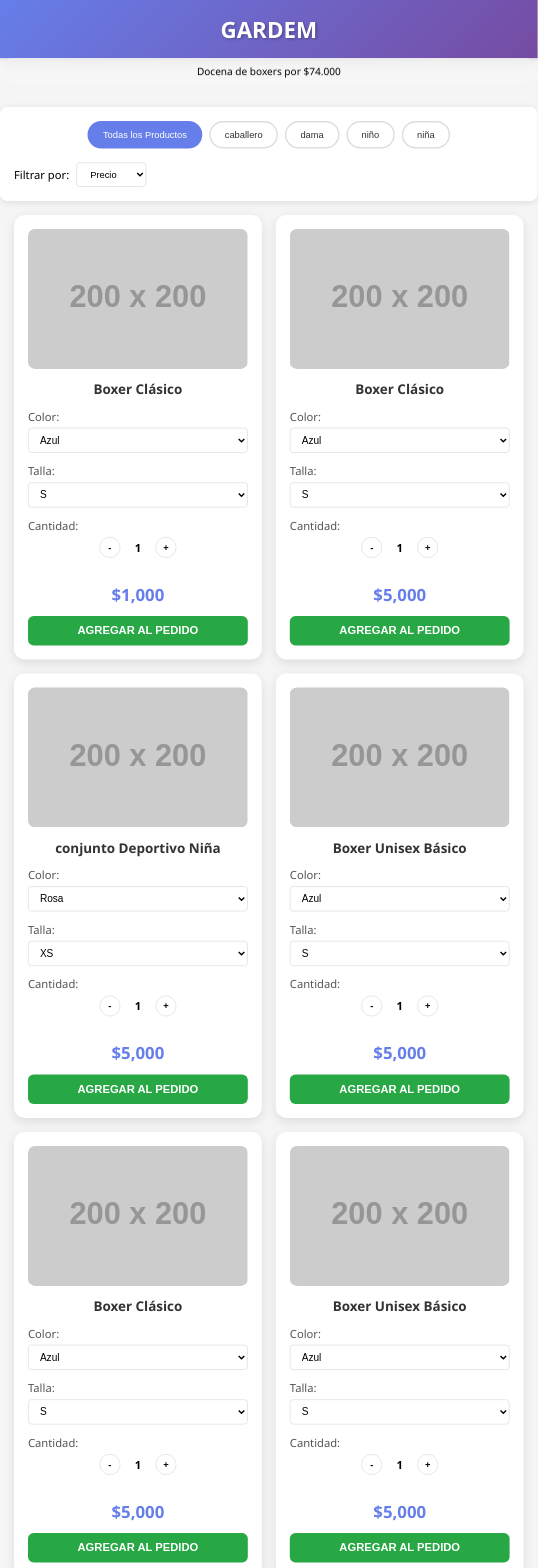
Repository: dasalgar123/gardem_react
Page: /
These files come from the project's save history. The page is drawn as it stood at one moment and after the next save; the edit follows.
The browser window is 768 px wide. The pictures show the part of the page from y = 0 to 2240 px (the page is 4267 px tall before and 4297 px after), at 70% of full size.
The project was rebuilt for these pictures with package versions that can differ from the ones it lists, and the page was loaded fresh each time.

Above is the page before, as saved 2025-08-02 17:10:05.

### src/App.js
import React, { useState, useEffect } from 'react';
import './App.css';

function App() {
  // Estado para el carrito de compras
  const [carrito, setCarrito] = useState([]);
  const [filtroCategoria, setFiltroCategoria] = useState('Todas los Productos');
  const [promocionActual, setPromocionActual] = useState(0);

  // Promociones para el carrusel
  const promociones = [
    "Envíos a todo el país!",
    "Envíos gratis a Cúcuta centro",
    "Docena de boxers por $74.000",
    "Aprovecha nuestras promociones!"
  ];

  // Carrusel automático de promociones
  useEffect(() => {
    const interval = setInterval(() => {
      setPromocionActual((prev) => (prev + 1) % promociones.length);
    }, 3000); // Cambia cada 3 segundos

    return () => clearInterval(interval);
  }, [promociones.length]);

  // Datos de productos de Gardem
  const productos = [
    {
      id: 1,
      nombre: "Boxer Clásico",
      precio: 1000,
      categoria: "caballero",
      imagen: "https://via.placeholder.com/200x200/0066cc/ffffff?text=Boxer+Azul",
      colores: ["Azul", "Rojo", "Verde", "Negro"],
      tallas: ["S", "M", "L", "XL"]
    },
    {
      id: 2,
      nombre: "Boxer Clásico",
      precio: 5000,
      categoria: "caballero",
      imagen: "https://via.placeholder.com/200x200/cc0000/ffffff?text=Boxer+Rojo",
      colores: ["Azul", "Rojo", "Verde", "Negro"],
      tallas: ["S", "M", "L", "XL"]
    },
    {
      id: 3,
      nombre: "conjunto Deportivo Niña",
      precio: 5000,
      categoria: "niña",
      imagen: "https://via.placeholder.com/200x200/ff99cc/ffffff?text=Conjunto+Niña",
      colores: ["Rosa", "Azul", "Verde"],
      tallas: ["XS", "S", "M", "L"]
    },
    {
      id: 4,
      nombre: "Boxer Unisex Básico",
      precio: 5000,
      categoria: "caballero",
      imagen: "https://via.placeholder.com/200x200/99cc00/ffffff?text=Boxer+Verde",
      colores: ["Azul", "Rojo", "Verde", "Negro"],
      tallas: ["S", "M", "L", "XL"]
    },
    {
      id: 5,
      nombre: "Boxer Clásico",
      precio: 5000,
      categoria: "caballero",
      imagen: "https://via.placeholder.com/200x200/00cc00/ffffff?text=Boxer+Verde",
      colores: ["Azul", "Rojo", "Verde", "Negro"],
      tallas: ["S", "M", "L", "XL"]
    },
    {
      id: 6,
      nombre: "Boxer Unisex Básico",
      precio: 5000,
      categoria: "caballero",
      imagen: "https://via.placeholder.com/200x200/00cccc/ffffff?text=Boxer+Teal",
      colores: ["Azul", "Rojo", "Verde", "Negro"],
      tallas: ["S", "M", "L", "XL"]
    },
    {
      id: 7,
      nombre: "Boxer Clásico niño",
      precio: 5000,
      categoria: "niño",
      imagen: "https://via.placeholder.com/200x200/6699ff/ffffff?text=Boxer+Niño",
      colores: ["Azul", "Rojo", "Verde", "Negro"],
      tallas: ["XS", "S", "M", "L"]
    },
    {
      id: 8,
      nombre: "Boxer Clásico caballero",
      precio: 5000,
      categoria: "caballero",
      imagen: "https://via.placeholder.com/200x200/003366/ffffff?text=Boxer+Azul+Oscuro",
      colores: ["Azul", "Rojo", "Verde", "Negro"],
      tallas: ["S", "M", "L", "XL"]
    },
    {
      id: 9,
      nombre: "top algodon",
      precio: 10000,
      categoria: "dama",
      imagen: "https://via.placeholder.com/200x200/ffcc99/ffffff?text=Top+Algodón",
      colores: ["Rosa", "Azul", "Verde", "Negro"],
      tallas: ["XS", "S", "M", "L", "XL"]
    },
    {
      id: 10,
      nombre: "top niña",
      precio: 10000,
      categoria: "niña",
      imagen: "https://via.placeholder.com/200x200/ff99cc/ffffff?text=Top+Niña",
      colores: ["Rosa", "Azul", "Verde", "Amarillo"],
      tallas: ["XS", "S", "M", "L"]
    },
    {
      id: 11,
      nombre: "pantalon",
      precio: 5000,
      categoria: "caballero",
      imagen: "https://via.placeholder.com/200x200/999999/ffffff?text=Pantalón",
      colores: ["Negro", "Azul", "Gris"],
      tallas: ["S", "M", "L", "XL"]
    }
  ];

  // Filtrar productos por categoría
  const productosFiltrados = filtroCategoria === 'Todas los Productos'
    ? productos
    : productos.filter(p => p.categoria === filtroCategoria);

  // Agregar producto al carrito
  const agregarAlCarrito = (producto, color, talla, cantidad) => {
    const item = {
      ...producto,
      color,
      talla,
      cantidad: parseInt(cantidad)
    };
    setCarrito([...carrito, item]);
  };

  // Calcular total del carrito
  const totalCarrito = carrito.reduce((total, item) => total + (item.precio * item.cantidad), 0);

  return (
    <div className="App">
      {/* Header */}
      <header className="header">
        <div className="header-content">
          <h1 className="logo">GARDEM</h1>
        </div>
      </header>

      {/* Carrusel de Promociones */}
      <div className="carrusel-container">
        <div className="carrusel-promociones">
          <p className="promocion-activa">{promociones[promocionActual]}</p>
        </div>
      </div>

      {/* Filtros */}
      <div className="filtros">
        <div className="filtro-categorias">
          <button
            className={filtroCategoria === 'Todas los Productos' ? 'activo' : ''}
            onClick={() => setFiltroCategoria('Todas los Productos')}
          >
            Todas los Productos
          </button>
          <button
            className={filtroCategoria === 'caballero' ? 'activo' : ''}
            onClick={() => setFiltroCategoria('caballero')}
          >
            caballero
          </button>
          <button
            className={filtroCategoria === 'dama' ? 'activo' : ''}
            onClick={() => setFiltroCategoria('dama')}
          >
            dama
          </button>
          <button
            className={filtroCategoria === 'niño' ? 'activo' : ''}
            onClick={() => setFiltroCategoria('niño')}
          >
            niño
          </button>
          <button
            className={filtroCategoria === 'niña' ? 'activo' : ''}
            onClick={() => setFiltroCategoria('niña')}
          >
            niña
          </button>
        </div>
        <div className="filtro-extra">
          <span>Filtrar por:</span>
          <select>
            <option>Precio</option>
            <option>Nombre</option>
          </select>
        </div>
      </div>

      {/* Grid de Productos */}
      <div className="productos-grid">
        {productosFiltrados.map((producto) => (
          <ProductoCard
            key={producto.id}
            producto={producto}
            onAgregar={agregarAlCarrito}
          />
        ))}
      </div>

      {/* Carrito */}
      {carrito.length > 0 && (
        <div className="carrito">
          <h3>Tu Pedido ({carrito.length} productos)</h3>
          <div className="carrito-items">
            {carrito.map((item, index) => (
              <div key={index} className="carrito-item">
                <img src={item.imagen} alt={item.nombre} />
                <div>
                  <h4>{item.nombre}</h4>
                  <p>Color: {item.color} | Talla: {item.talla}</p>
                  <p>Cantidad: {item.cantidad}</p>
                  <p>Precio: ${item.precio.toLocaleString()}</p>
                </div>
              </div>
            ))}
          </div>
          <div className="carrito-total">
            <h4>Total: ${totalCarrito.toLocaleString()}</h4>
            <button className="btn-whatsapp">
              Enviar Pedido por WhatsApp
            </button>
          </div>
        </div>
      )}
    </div>
  );
}

// Componente ProductoCard
function ProductoCard({ producto, onAgregar }) {
  const [color, setColor] = useState(producto.colores[0]);
  const [talla, setTalla] = useState(producto.tallas[0]);
  const [cantidad, setCantidad] = useState(1);

  const handleAgregar = () => {
    onAgregar(producto, color, talla, cantidad);
  };

  return (
    <div className="producto-card">
      <img src={producto.imagen} alt={producto.nombre} />
      <h3>{producto.nombre}</h3>

      <div className="producto-opciones">
        <div className="opcion">
          <label>Color:</label>
          <select value={color} onChange={(e) => setColor(e.target.value)}>
            {producto.colores.map(c => (
              <option key={c} value={c}>{c}</option>
            ))}
          </select>
        </div>

        <div className="opcion">
          <label>Talla:</label>
          <select value={talla} onChange={(e) => setTalla(e.target.value)}>
            {producto.tallas.map(t => (
              <option key={t} value={t}>{t}</option>
            ))}
          </select>
        </div>

        <div className="opcion">
          <label>Cantidad:</label>
          <div className="cantidad-control">
            <button onClick={() => setCantidad(Math.max(1, cantidad - 1))}>-</button>
            <span>{cantidad}</span>
            <button onClick={() => setCantidad(cantidad + 1)}>+</button>
          </div>
        </div>
      </div>

      <div className="producto-precio">
        <span className="precio">${producto.precio.toLocaleString()}</span>
      </div>

      <button className="btn-agregar" onClick={handleAgregar}>
        AGREGAR AL PEDIDO
      </button>
    </div>
  );
}

export default App;

### src/App.css
/* Estilos generales */
* {
  margin: 0;
  padding: 0;
  box-sizing: border-box;
}

body {
  font-family: 'Segoe UI', Tahoma, Geneva, Verdana, sans-serif;
  background-color: #f5f5f5;
}

.App {
  min-height: 100vh;
}

/* Header */
.header {
  background: linear-gradient(135deg, #667eea 0%, #764ba2 100%);
  color: white;
  padding: 20px 0;
  box-shadow: 0 2px 10px rgba(0,0,0,0.1);
}

.header-content {
  max-width: 1200px;
  margin: 0 auto;
  padding: 0 20px;
  display: flex;
  justify-content: space-between;
  align-items: center;
  flex-wrap: wrap;
}

.logo {
  font-size: 2.5rem;
  font-weight: bold;
  text-shadow: 2px 2px 4px rgba(0,0,0,0.3);
}

.promociones {
  text-align: right;
  min-height: 80px;
  display: flex;
  align-items: center;
}

.carrusel-promociones {
  position: relative;
  overflow: hidden;
  height: 60px;
}

.promocion-activa {
  margin: 0;
  font-size: 1rem;
  font-weight: 500;
  animation: fadeInOut 3s ease-in-out infinite;
  text-align: center;
  padding: 10px 20px;
  background: rgba(255,255,255,0.1);
  border-radius: 25px;
  backdrop-filter: blur(10px);
  border: 1px solid rgba(255,255,255,0.2);
}

@keyframes fadeInOut {
  0%, 100% {
    opacity: 0;
    transform: translateY(20px);
  }
  10%, 90% {
    opacity: 1;
    transform: translateY(0);
  }
}

/* Filtros */
.filtros {
  background: white;
  padding: 20px;
  margin: 20px auto;
  max-width: 1200px;
  border-radius: 10px;
  box-shadow: 0 2px 10px rgba(0,0,0,0.1);
  display: flex;
  justify-content: space-between;
  align-items: center;
  flex-wrap: wrap;
  gap: 20px;
}

.filtro-categorias {
  display: flex;
  gap: 10px;
  flex-wrap: wrap;
}

.filtro-categorias button {
  padding: 10px 20px;
  border: 2px solid #ddd;
  background: white;
  color: #333;
  border-radius: 25px;
  cursor: pointer;
  transition: all 0.3s ease;
  font-weight: 500;
}

.filtro-categorias button:hover {
  border-color: #667eea;
  color: #667eea;
}

.filtro-categorias button.activo {
  background: #667eea;
  color: white;
  border-color: #667eea;
}

.filtro-extra {
  display: flex;
  align-items: center;
  gap: 10px;
}

.filtro-extra select {
  padding: 8px 15px;
  border: 1px solid #ddd;
  border-radius: 5px;
  background: white;
}

/* Grid de Productos */
.productos-grid {
  max-width: 1200px;
  margin: 0 auto;
  padding: 0 20px;
  display: grid;
  grid-template-columns: repeat(auto-fill, minmax(280px, 1fr));
  gap: 30px;
  margin-bottom: 50px;
}

/* Tarjeta de Producto */
.producto-card {
  background: white;
  border-radius: 15px;
  padding: 20px;
  box-shadow: 0 5px 15px rgba(0,0,0,0.1);
  transition: transform 0.3s ease, box-shadow 0.3s ease;
  display: flex;
  flex-direction: column;
}

.producto-card:hover {
  transform: translateY(-5px);
  box-shadow: 0 10px 25px rgba(0,0,0,0.15);
}

.producto-card img {
  width: 100%;
  height: 200px;
  object-fit: cover;
  border-radius: 10px;
  margin-bottom: 15px;
}

.producto-card h3 {
  font-size: 1.2rem;
  margin-bottom: 15px;
  color: #333;
  text-align: center;
}

.producto-opciones {
  margin-bottom: 20px;
}

.opcion {
  margin-bottom: 15px;
}

.opcion label {
  display: block;
  margin-bottom: 5px;
  font-weight: 500;
  color: #555;
}

.opcion select {
  width: 100%;
  padding: 8px 12px;
  border: 1px solid #ddd;
  border-radius: 5px;
  background: white;
  font-size: 0.9rem;
}

.cantidad-control {
  display: flex;
  align-items: center;
  gap: 10px;
  justify-content: center;
}

.cantidad-control button {
  width: 30px;
  height: 30px;
  border: 1px solid #ddd;
  background: white;
  border-radius: 50%;
  cursor: pointer;
  font-weight: bold;
  transition: all 0.3s ease;
}

.cantidad-control button:hover {
  background: #667eea;
  color: white;
  border-color: #667eea;
}

.cantidad-control span {
  font-weight: bold;
  min-width: 30px;
  text-align: center;
}

.producto-precio {
  text-align: center;
  margin-bottom: 15px;
}

.precio {
  font-size: 1.5rem;
  font-weight: bold;
  color: #667eea;
}

.btn-agregar {
  width: 100%;
  padding: 12px;
  background: #28a745;
  color: white;
  border: none;
  border-radius: 8px;
  font-weight: bold;
  cursor: pointer;
  transition: background 0.3s ease;
  font-size: 1rem;
}

.btn-agregar:hover {
  background: #218838;
}

/* Carrito */
.carrito {
  position: fixed;
  bottom: 0;
  left: 0;
  right: 0;
  background: white;
  border-top: 3px solid #667eea;
  padding: 20px;
  box-shadow: 0 -5px 15px rgba(0,0,0,0.1);
  max-height: 60vh;
  overflow-y: auto;
}

.carrito h3 {
  color: #333;
  margin-bottom: 15px;
  text-align: center;
}

.carrito-items {
  display: grid;
  grid-template-columns: repeat(auto-fill, minmax(250px, 1fr));
  gap: 15px;
  margin-bottom: 20px;
}

.carrito-item {
  display: flex;
  gap: 15px;
  padding: 15px;
  background: #f8f9fa;
  border-radius: 10px;
  align-items: center;
}

.carrito-item img {
  width: 60px;
  height: 60px;
  object-fit: cover;
  border-radius: 5px;
}

.carrito-item h4 {
  font-size: 1rem;
  margin-bottom: 5px;
  color: #333;
}

.carrito-item p {
  font-size: 0.9rem;
  color: #666;
  margin: 2px 0;
}

.carrito-total {
  text-align: center;
  border-top: 2px solid #eee;
  padding-top: 15px;
}

.carrito-total h4 {
  font-size: 1.3rem;
  color: #667eea;
  margin-bottom: 15px;
}

.btn-whatsapp {
  background: #25d366;
  color: white;
  border: none;
  padding: 12px 25px;
  border-radius: 25px;
  font-weight: bold;
  cursor: pointer;
  transition: background 0.3s ease;
  font-size: 1rem;
}

.btn-whatsapp:hover {
  background: #128c7e;
}

/* Responsive */
@media (max-width: 768px) {
  .header-content {
    flex-direction: column;
    text-align: center;
    gap: 15px;
  }

  .logo {
    font-size: 2rem;
  }

  .promociones {
    min-height: 60px;
  }

  .carrusel-promociones {
    height: 50px;
  }

  .promocion-activa {
    font-size: 0.9rem;
    padding: 8px 15px;
  }

  .filtros {
    flex-direction: column;
    align-items: stretch;
  }

  .filtro-categorias {
    justify-content: center;
  }

  .productos-grid {
    grid-template-columns: repeat(auto-fill, minmax(250px, 1fr));
    gap: 20px;
  }

  .carrito-items {
    grid-template-columns: 1fr;
  }
}

Loaded but not shown: public/index.html (common file); src/index.js (common file); src/index.css (common file); src/reportWebVitals.js (common file)

After the next save:
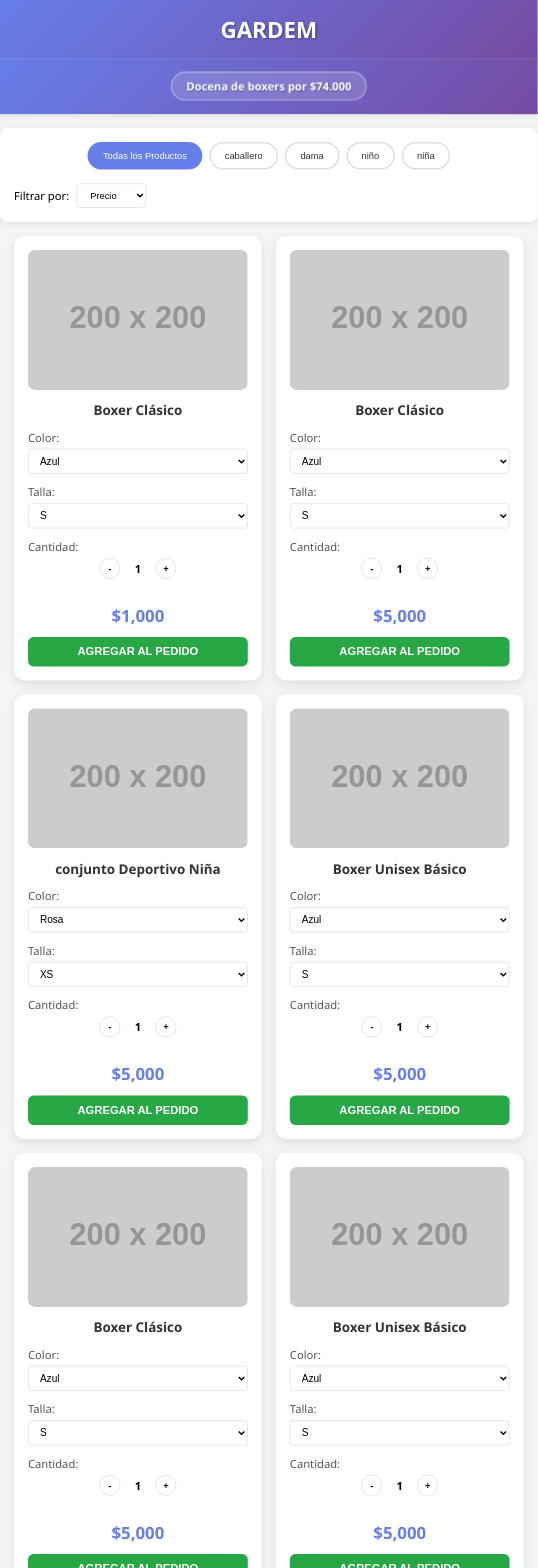
Saved 32 s later.
--- a/src/App.css
+++ b/src/App.css
@@ -27,9 +27,8 @@
   margin: 0 auto;
   padding: 0 20px;
   display: flex;
-  justify-content: space-between;
-  align-items: center;
-  flex-wrap: wrap;
+  justify-content: center;
+  align-items: center;
 }
 
 .logo {
@@ -38,30 +37,35 @@
   text-shadow: 2px 2px 4px rgba(0,0,0,0.3);
 }
 
-.promociones {
-  text-align: right;
-  min-height: 80px;
-  display: flex;
-  align-items: center;
+/* Carrusel de Promociones */
+.carrusel-container {
+  width: 100%;
+  background: linear-gradient(135deg, #667eea 0%, #764ba2 100%);
+  padding: 15px 0;
+  box-shadow: 0 2px 10px rgba(0,0,0,0.1);
 }
 
 .carrusel-promociones {
-  position: relative;
-  overflow: hidden;
+  width: 100%;
+  display: flex;
+  justify-content: center;
+  align-items: center;
   height: 60px;
 }
 
 .promocion-activa {
   margin: 0;
-  font-size: 1rem;
-  font-weight: 500;
+  font-size: 1.2rem;
+  font-weight: 600;
+  color: white;
   animation: fadeInOut 3s ease-in-out infinite;
   text-align: center;
-  padding: 10px 20px;
-  background: rgba(255,255,255,0.1);
-  border-radius: 25px;
+  padding: 10px 30px;
+  background: rgba(255,255,255,0.15);
+  border-radius: 30px;
   backdrop-filter: blur(10px);
-  border: 1px solid rgba(255,255,255,0.2);
+  border: 2px solid rgba(255,255,255,0.3);
+  text-shadow: 1px 1px 2px rgba(0,0,0,0.3);
 }
 
 @keyframes fadeInOut {
@@ -350,17 +354,13 @@
     font-size: 2rem;
   }
 
-  .promociones {
-    min-height: 60px;
-  }
-
   .carrusel-promociones {
     height: 50px;
   }
 
   .promocion-activa {
-    font-size: 0.9rem;
-    padding: 8px 15px;
+    font-size: 1rem;
+    padding: 8px 20px;
   }
 
   .filtros {
